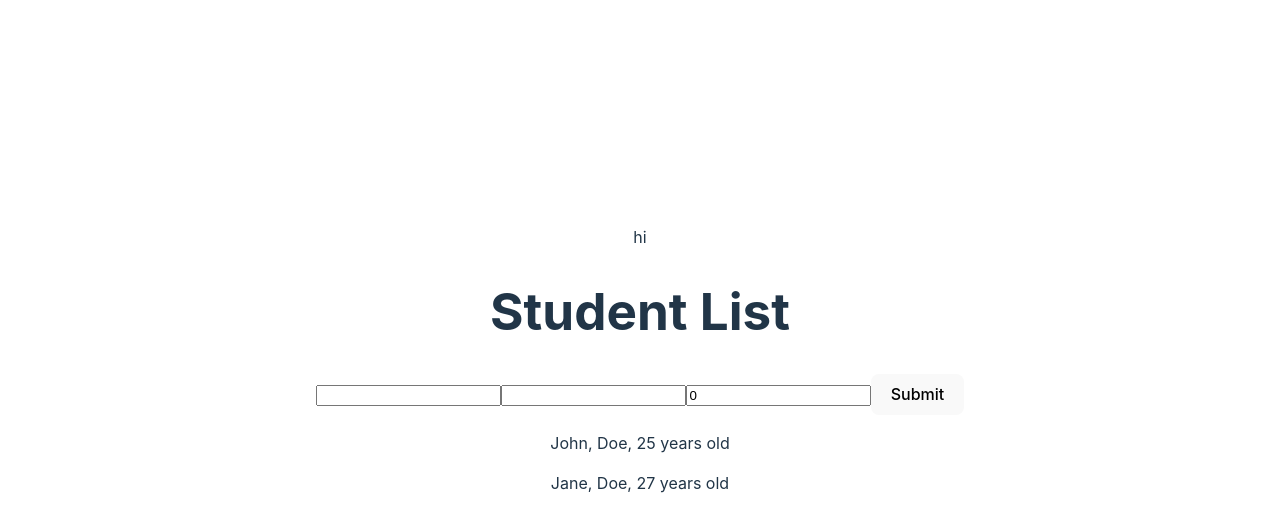
Repository: Jennica1/FRONT_END_WEEK06
Page: / (app in react/)
These files come from the project's save history. The page is drawn as it stood at one moment and after the next save; the edit follows.
The browser window is 1280 px wide. The pictures show the whole page.
The project was rebuilt for these pictures with package versions that can differ from the ones it lists, and the page was loaded fresh each time. Also part of the build but not shown: react/vite.config.js.

Above is the page before, as saved 2024-10-10 12:15:33.

### react/src/App.jsx
import { useState } from 'react';
import reactLogo from './assets/react.svg';
import viteLogo from '/vite.svg';
import TaskForm from './components/TaskForm';
import './App.css';


function App() {

  return (
    <>
    <p>hi</p>
     <TaskForm/>
    </>
  )
}

export default App

### react/src/components/TaskForm.jsx
import { useState } from 'react'
//renders an input box and a button for creating new tasks.
//Decide where the shared state should live. This is where you would also want to define the functions for updating the app state, including:

//a function for toggling the complete status of a task
//a function for adding a new task
//a function for deleting a task


const data = [
  {
    id: 1,
    firstName: 'John',
    lastName: 'Doe',
    age: 25
  },
  {
    id: 2,
    firstName: 'Jane',
    lastName: 'Doe',
    age: 27
  },
]
function TaskForm() {

  const [name, setName] = useState('John Doe');
  const [tasks, setTasks] = useState(data);

  const [taskData, settaskData] = useState({
    firstName: '',
    lastName: '',
    age: 0,
  });

  const studentListUI = tasks.map((student, index) => <p key={index}>{student.firstName}, {student.lastName}, {student.age} years old</p>
  );


  function handleSubmit(e) {
    e.preventDefault();
    const formData = new formData(e.target); //e.target == form
    name == formData.get('name');

    setName(formData.get(name));
    console.log(name);
  }

  function handleChange(e) {
    setName(e.target.value);

  }

  function handleFirstName(e) {
    settaskData({ ...taskData, firstName: e.target.value })
  };

  function handleAddTask(e) {
    e.preventDefault();
    setTasks([...tasks, taskData]);
  }

  return (
    <>
      <h1>Student List</h1>
      <form onSubmit={handleAddTask}>
        <input type='text' value={taskData.firstName} onChange={handleFirstName} />

        <input type='text' value={taskData.lastName}
          onChange={(e) => settaskData({ ...taskData, lastName: e.target.value })} />
        <input type='number' value={taskData.age}
          onChange={(e) => settaskData({ ...taskData, age: e.target.value })} />

        <button>Submit</button>
      </form>
      {studentListUI}


    </>
  )
}

export default TaskForm

Loaded but not shown: react/index.html (common file); react/src/main.jsx (common file); react/src/index.css (common file); react/src/App.css (common file)

After the next save:
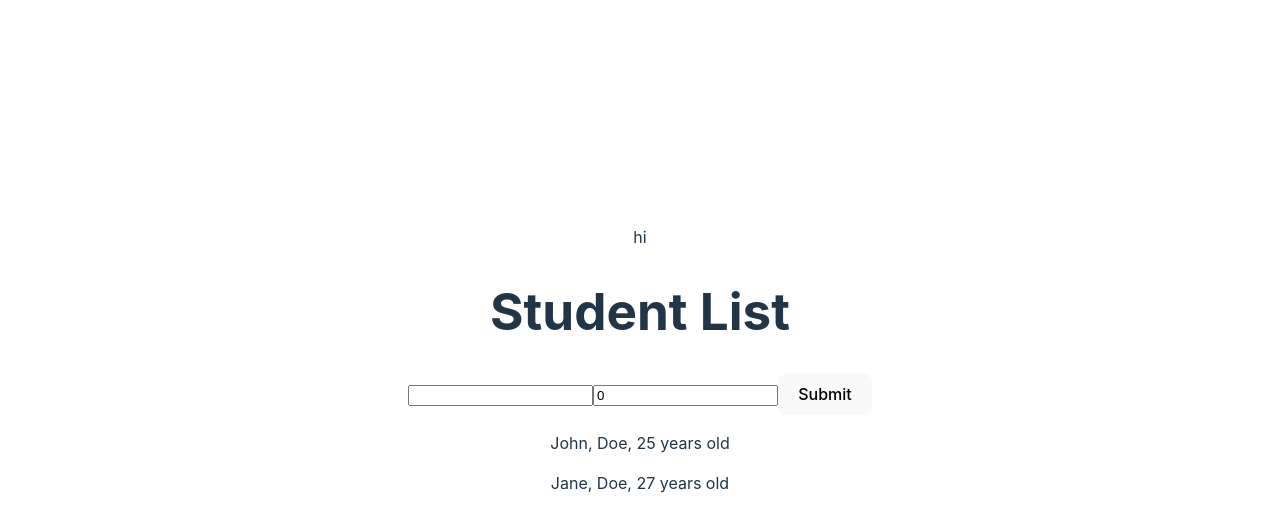
Saved 29 s later.
--- a/react/src/components/TaskForm.jsx
+++ b/react/src/components/TaskForm.jsx
@@ -63,7 +63,7 @@ function TaskForm() {
     <>
       <h1>Student List</h1>
       <form onSubmit={handleAddTask}>
-        <input type='text' value={taskData.firstName} onChange={handleFirstName} />
+
 
         <input type='text' value={taskData.lastName}
           onChange={(e) => settaskData({ ...taskData, lastName: e.target.value })} />
